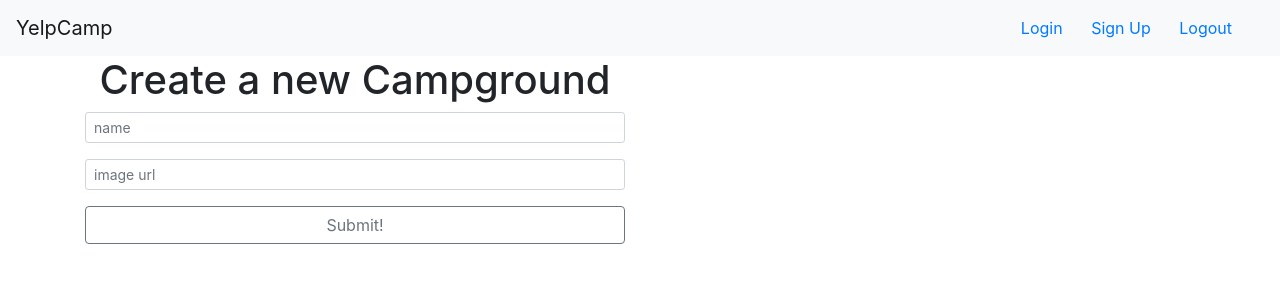
Repository: manojsatya/YelpCamp
Page: http://localhost/campgrounds/new
An editor plug-in stored every save of this project. The page is shown before and after the next save, followed by the edit.
The browser window is 1280 px wide. The pictures show the whole page.
The page is served by the project's Node server (app.js).

Above is the page before, as saved 2019-06-14 18:05:52.
Console error: TypeError: Cannot read properties of undefined (reading 'fn')

After the next save:
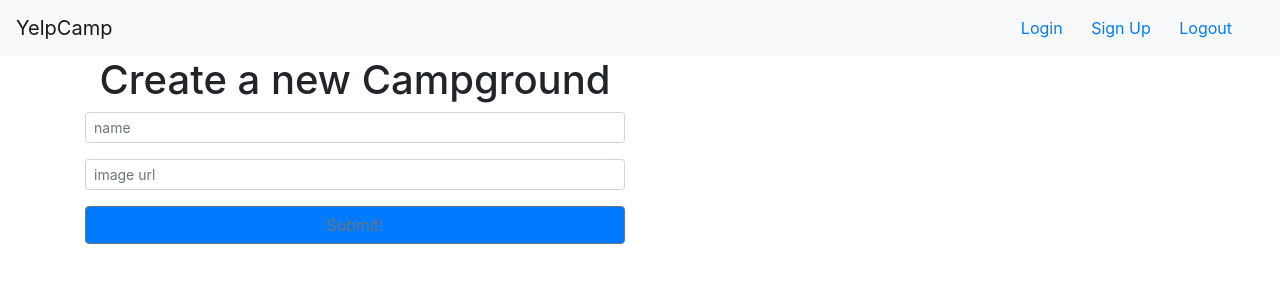
Saved 2 min 21 s later.
--- a/views/new.ejs
+++ b/views/new.ejs
@@ -13,7 +13,7 @@
                     <input class="form-control form-control-sm" type="text" name="image" id="" placeholder="image url">
                 </div>
                 <div class="form-group">
-                    <button class="btn btn-outline-secondary btn-block"> Submit!</button>
+                    <button class="btn btn-outline-secondary btn-block btn-primary"> Submit!</button>
                 </div>
             </form>
         </div>
